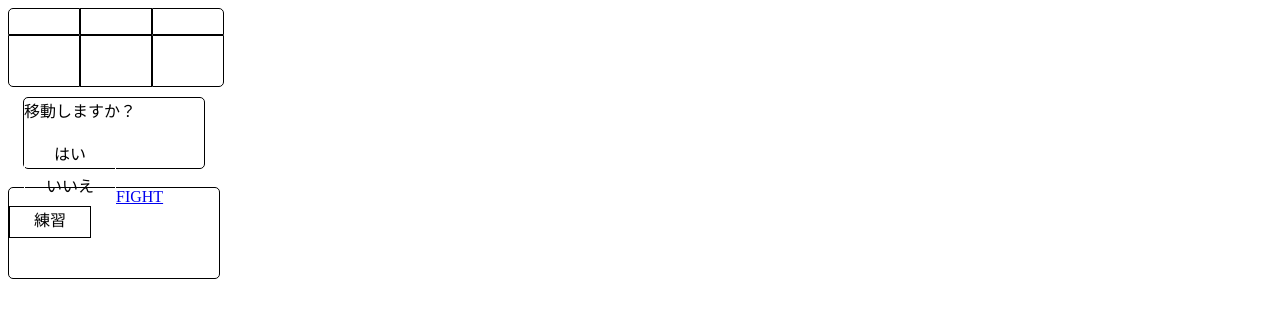
Repository: kousuke-2047/test
Page: http://localhost/Oldmove/
An editor plug-in stored every save of this project. The page is shown before and after the next save, followed by the edit.
The browser window is 1280 px wide. The pictures show the whole page.
After loading, the first visible `div.button` was clicked once.
The page is served by Tomcat 9. Other server files are loaded and not shown.

Above is the page before, as saved 2018-06-22 05:34:01.

### Oldmove/WebContent/index.jsp
<%@ page language="java" contentType="text/html; charset=UTF-8"
    pageEncoding="UTF-8"%>
<%@ taglib prefix="s" uri="/struts-tags"%>
<!DOCTYPE html>
<html>
<head>
<meta http-equiv="Content-Type" content="text/html; charset=UTF-8">
<link rel="stylesheet" href="./css/style.css">

<script src="https://ajax.googleapis.com/ajax/libs/jquery/3.3.1/jquery.min.js"></script>

<title>cssの遊び件練習</title>
</head>
<body>

	<script type="text/javascript" src="./js/script.js">
	</script>

	<div class ="nameleft">
	</div>

	<div class="namecenter">
	</div>

	<div class="nameright">
	</div>

	<div class="dateleft">
	</div>

	<div class="datecenter">
	</div>

	<div class="dateright">
	</div>


	<div class="enemybox">

		<div class="messagebox">
		移動しますか？
		<br><br>

			<div class="selectbutton">
			はい
			</div>

			<div class="selectbutton">
			いいえ
			</div>


		</div>

	</div>
	<div class="textbox">

		<a href = '<s:url action="FightAction"/>'>
		FIGHT
		</a>

		<div class="button">
		練習
		</div>


	</div>


</body>
</html>

### Oldmove/WebContent/css/style.css
@CHARSET "UTF-8";

.nameleft{
	width:70px;
	height:25px;
	border:1px solid black;
	border-top-left-radius:5px;
	float:left;
}
.namecenter{
	width:70px;
	height:25px;
	border:1px solid black;
	float:left;
}
.nameright{
	width:70px;
	height:25px;
	border:1px solid black;
	border-top-right-radius:5px;
	float:left;
}
.dateleft{
	width:70px;
	height:50px;
	border:1px solid black;
	border-bottom-left-radius:5px;
	clear:left;
	float:left;
}
.datecenter{
	width:70px;
	height:50px;
	border:1px solid black;
	float:left;
}
.dateright{
	width:70px;
	height:50px;
	border:1px solid black;
	border-bottom-right-radius:5px;
	float:left;
}









.enemybox{
	height:90px;
	width:210px;
	background-color:white;
	clear:left;
	padding-top:10px;
}
.messagebox{
	height:70px;
	width:180px;
	margin-left:15px;
	border-radius:5px;
	border:1px solid white;
	color:white;
}
.textbox{
	height:90px;
	width:210px;
	border:1px solid black;
	border-radius:5px;
}

.button{
	height:30px;
	width:80px;
	border:1px solid black;
	text-align:center;
}

.selectbutton{
	height:30px;
	width:90px;
	text-align:center;
	float:left;
	border:1px solid white;
}















.mainbox{
	height:150px;
	width:100%;
	padding-left:50px;
	padding-top:50px;
}
.firstline{
	width:250px;
	height:10px;
}
.secondline{
	width:250px;
	height:10px;
	margin-left:200px;
}
.thirdline{
	width:250px;
	height:10px;
}
.fourthline{
	width:250px;
	height:10px;
	margin-left:200px;
}
.fifthline{
	width:250px;
	height:10px;
}
.ffirst{
	width:30px;
	height:10px;
	background-color:white;
	float:left;
}
.fsecond{
	width:10px;
	height:10px;
	background-color:white;
	float:left;

}
.fthird{
	width:20px;
	height:10px;
	background-color:white;
	float:left;
}
.ffourth{
	width:10px;
	height:10px;
	background-color:white;
	float:left;
}
.ffifth{
	width:10px;
	height:10px;
	background-color:white;
	float:left;
}
.ifirst{
	width:30px;
	height:10px;
	background-color:white;
	margin-left:10px;
	float:left;
}
.isecond{
	width:10px;
	height:10px;
	background-color:white;
	margin-left:40px;
	float:left;
}
.ithird{
	width:10px;
	height:10px;
	background-color:white;
	margin-left:30px;
	float:left;
}
.ifourth{
	width:10px;
	height:10px;
	background-color:white;
	margin-left:40px;
	float:left;
}
.ififth{
	width:30px;
	height:10px;
	background-color:white;
	margin-left:30px;
	float:left;
}

.gfirst{
	width:30px;
	height:10px;
	background-color:white;
	margin-left:10px;
	float:left;
}
.gsecond{
	width:10px;
	height:10px;
	background-color:white;
	margin-left:20px;
	float:left;
}
.gthird{
	width:30px;
	height:10px;
	background-color:white;
	margin-left:20px;
	float:left;
}
.gfourth{
	width:30px;
	height:10px;
	background-color:white;
	margin-left:20px;
	float:left;
}
.gfifth{
	width:30px;
	height:10px;
	background-color:white;
	margin-left:10px;
	float:left;
}
.hfirst{
	width:30px;
	height:10px;
	background-color:white;
	margin-left:10px;
	float:left;
	text-align:center;
	font-size:10px;
	color:white;
}
.hsecond{
	width:30px;
	height:10px;
	background-color:white;
	margin-left:30px;
	float:left;
	text-align:center;
	font-size:10px;
}
.hthird{
	width:30px;
	height:10px;
	background-color:white;
	margin-left:10px;
	float:left;
}
.hfourth{
	width:30px;
	height:10px;
	background-color:white;
	margin-left:10px;
	float:left;
	text-align:center;
		font-size:10px;
}
.hfifth{
	width:30px;
	height:10px;
	background-color:white;
	margin-left:10px;
	float:left;
	text-align:center;
	font-size:10px;
}
.tfirst{
	width:30px;
	height:10px;
	background-color:white;
	margin-left:160px;
}
.tsecond{
	width:10px;
	height:10px;
	background-color:white;
	margin-left:170px;
}
.tthird{
	width:10px;
	height:10px;
	background-color:white;
	margin-left:170px;
}
.tfourth{
	width:10px;
	height:10px;
	background-color:white;
	margin-left:170px;
}
.tfifth{
	width:10px;
	height:10px;
	background-color:white;
	margin-left:170px;
}
.box{
	width:10px;
	height:10px;
	background-color:white;
	margin-left:10px;
}
.minibox{
	width:5px;
	height:10px;
	background-color:white;
	margin-left:10px;
}

### Oldmove/WebContent/js/script.js

$(function(){
	setTimeout(function(){
		$(".ffirst").css("background-color","black");
		$(".ifirst").css("background-color","black");
		$(".gfirst").css("background-color","black");
		$(".hfirst").css("background-color","black");
		$(".tfirst").css("background-color","black");
		$(".fsecond").css("background-color","black");
		$(".isecond").css("background-color","black");
		$(".gsecond").css("background-color","black");
		$(".hsecond").css("background-color","black");
		$(".tsecond").css("background-color","black");
		$(".fthird").css("background-color","black");
		$(".ithird").css("background-color","black");
		$(".gthird").css("background-color","black");
		$(".hthird").css("background-color","black");
		$(".tthird").css("background-color","black");
		$(".ffourth").css("background-color","black");
		$(".ifourth").css("background-color","black");
		$(".gfourth").css("background-color","black");
		$(".hfourth").css("background-color","black");
		$(".tfourth").css("background-color","black");
		$(".ffifth").css("background-color","black");
		$(".ififth").css("background-color","black");
		$(".gfifth").css("background-color","black");
		$(".hfifth").css("background-color","black");
		$(".tfifth").css("background-color","black");
	},1500);
});


$(function(){
	setTimeout(function(){
		$(".firstline").animate({'marginLeft':'100px'
			});
	},1700);
});

$(function(){
	setTimeout(function(){
		$(".secondline").animate({'marginLeft':'100px'
			});
	},1900);
});

$(function(){
	setTimeout(function(){
		$(".thirdline").animate({'marginLeft':'100px'
			});
	},2100);
});

$(function(){
	setTimeout(function(){
		$(".fourthline").animate({'marginLeft':'100px'
			});
	},2300);
});

$(function(){
	setTimeout(function(){
		$(".fifthline").animate({'marginLeft':'100px'
			});
	},2500);
});

$(function(){
	$(".button").hover(
			function(){
				$(".button").css("background-color","overwhite");
				$(".button").css("color","red");
			},
			function(){
				$(".button").css("background-color","white");
				$(".button").css("color","black");
			});
});
$(function(){
	$(".button").click(function(){
		$(".messagebox").css("border-color","black");
		$(".messagebox").css("color","black");
	});
});

After the next save:
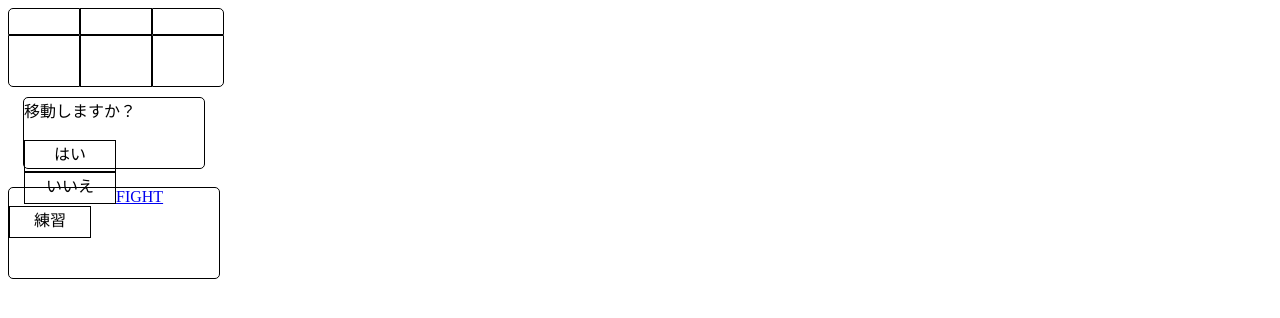
Saved 52 s later.
--- a/Oldmove/WebContent/js/script.js
+++ b/Oldmove/WebContent/js/script.js
@@ -80,5 +80,6 @@ $(function(){
 	$(".button").click(function(){
 		$(".messagebox").css("border-color","black");
 		$(".messagebox").css("color","black");
+		$(".selectbutton").css("border-color","black");
 	});
 });
